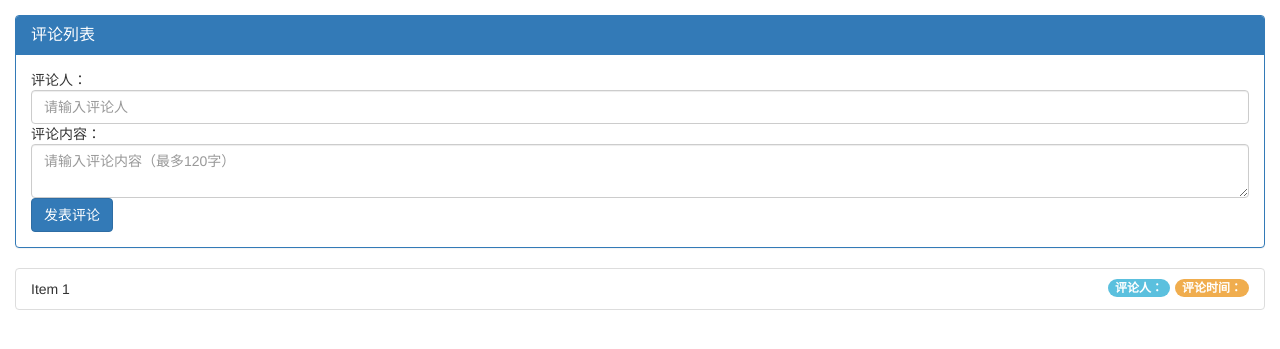
Repository: R1Deemo/ajax
Page: 评论列表.html
An editor plug-in stored every save of this project. The page is shown before and after the next save, followed by the edit.
The browser window is 1280 px wide. The pictures show the whole page.
The page's requests for data from a server got no answer.

Above is the page before, as saved 2022-10-26 10:40:04.

### 评论列表.html
<!DOCTYPE html>
<html lang="en">

<head>
    <meta charset="UTF-8">
    <meta http-equiv="X-UA-Compatible" content="IE=edge">
    <meta name="viewport" content="width=device-width, initial-scale=1.0">
    <title>Document</title>
    <link rel="stylesheet" href="./lib/bootstrap.css" />
    <script src="./lib/jquery.js"></script>
    <script src="./js/cmt.js"></script>
    <script src="./lib/vue.js"></script>
</head>

<body style="padding: 15px;">
    <div id="app">
        <!-- 评论面板 -->
        <div class="panel panel-primary">
            <div class="panel-heading">
                <h3 class="panel-title">评论列表</h3>
            </div>
            <div class="panel-body">

                <div>
                    <div>评论人：</div>
                    <input type="text" class="form-control" id="exampleInputAmount" placeholder="请输入评论人">
                </div>
                <div>
                    <div>评论内容：</div>
                    <textarea class="form-control" id="exampleInputAmount" placeholder="请输入评论内容（最多120字）"></textarea>
                </div>


                <button type="submit" class="btn btn-primary">发表评论</button>


            </div>
        </div>


        <!-- 评论列表 -->

        <ul class="list-group">
            <li class="list-group-item">
                <span class="badge" style="background-color: #F0AD4E;">评论时间：</span>
                <span class="badge" style="background-color: #5BC0DE;">评论人：</span> Item 1
            </li>

        </ul>


    </div>

</body>

</html>

### js/cmt.js
function getList() {
    var that = this
    $.ajax({
        method: 'get',
        url: 'http://www.liulongbin.top:3006/api/cmtlist',
        success: function(res) {
            console.log(res.data)
                // $('#list-group').
            that.list = res.data
            console.log(that.list)


        }
    })
}

getList()

Loaded but not shown: lib/bootstrap.css (library); lib/jquery.js (library); lib/vue.js (library)

After the next save:
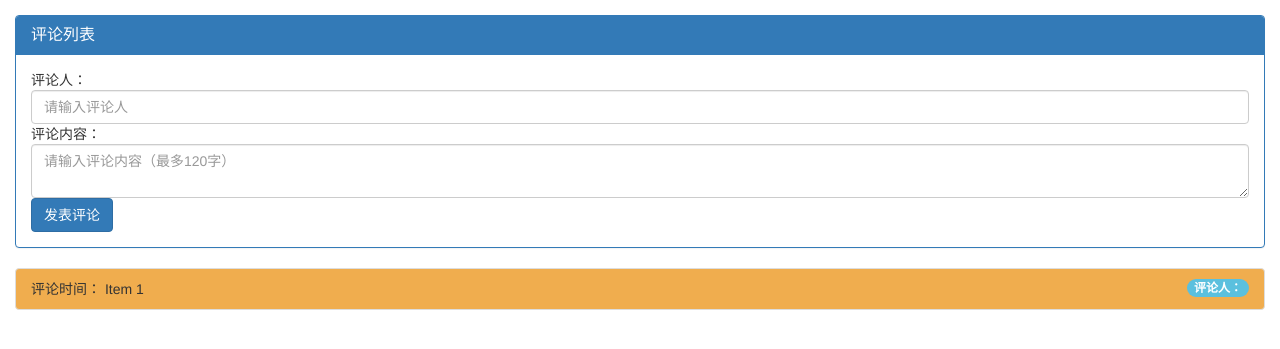
Saved 35 s later.
--- a/评论列表.html
+++ b/评论列表.html
@@ -40,10 +40,10 @@
 
         <!-- 评论列表 -->
 
-        <ul class="list-group">
-            <li class="list-group-item">
-                <span class="badge" style="background-color: #F0AD4E;">评论时间：</span>
-                <span class="badge" style="background-color: #5BC0DE;">评论人：</span> Item 1
+        <ul class="list-group" ">
+            <li class="list-group-item "  v-for="item in list>
+            <span class="badge" style="background-color: #F0AD4E;">评论时间：</span>
+            <span class="badge" style="background-color: #5BC0DE;">评论人：</span> Item 1
             </li>
 
         </ul>
@@ -52,5 +52,19 @@
     </div>
 
 </body>
+<script>
+    var app = new Vue({
+        el: 'app',
+        data: {
+            list: {
+
+            }
+
+        },
+        methods: {
+
+        }
+    })
+</script>
 
 </html>

After the save that followed:
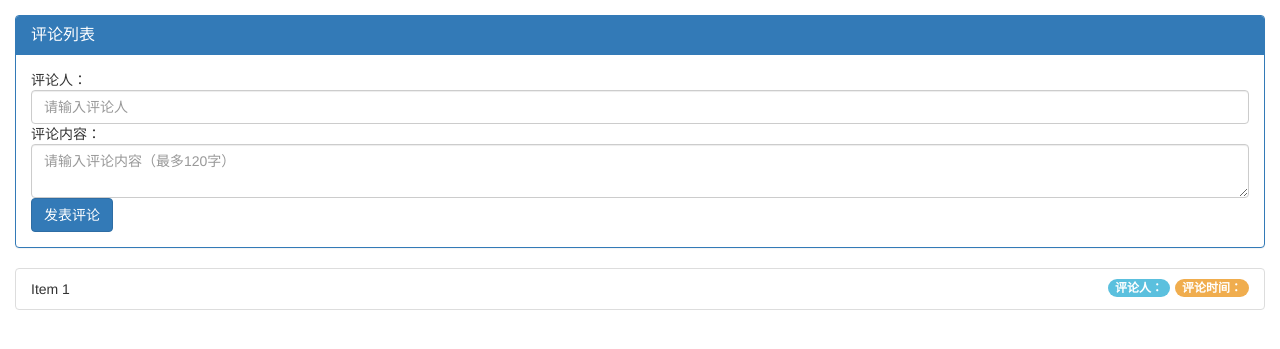
Saved 14 s later.
--- a/评论列表.html
+++ b/评论列表.html
@@ -40,10 +40,10 @@
 
         <!-- 评论列表 -->
 
-        <ul class="list-group" ">
-            <li class="list-group-item "  v-for="item in list>
-            <span class="badge" style="background-color: #F0AD4E;">评论时间：</span>
-            <span class="badge" style="background-color: #5BC0DE;">评论人：</span> Item 1
+        <ul class="list-group">
+            <li class="list-group-item " v-for="item in list">
+                <span class="badge" style="background-color: #F0AD4E;">评论时间：</span>
+                <span class="badge" style="background-color: #5BC0DE;">评论人：</span> Item 1
             </li>
 
         </ul>
